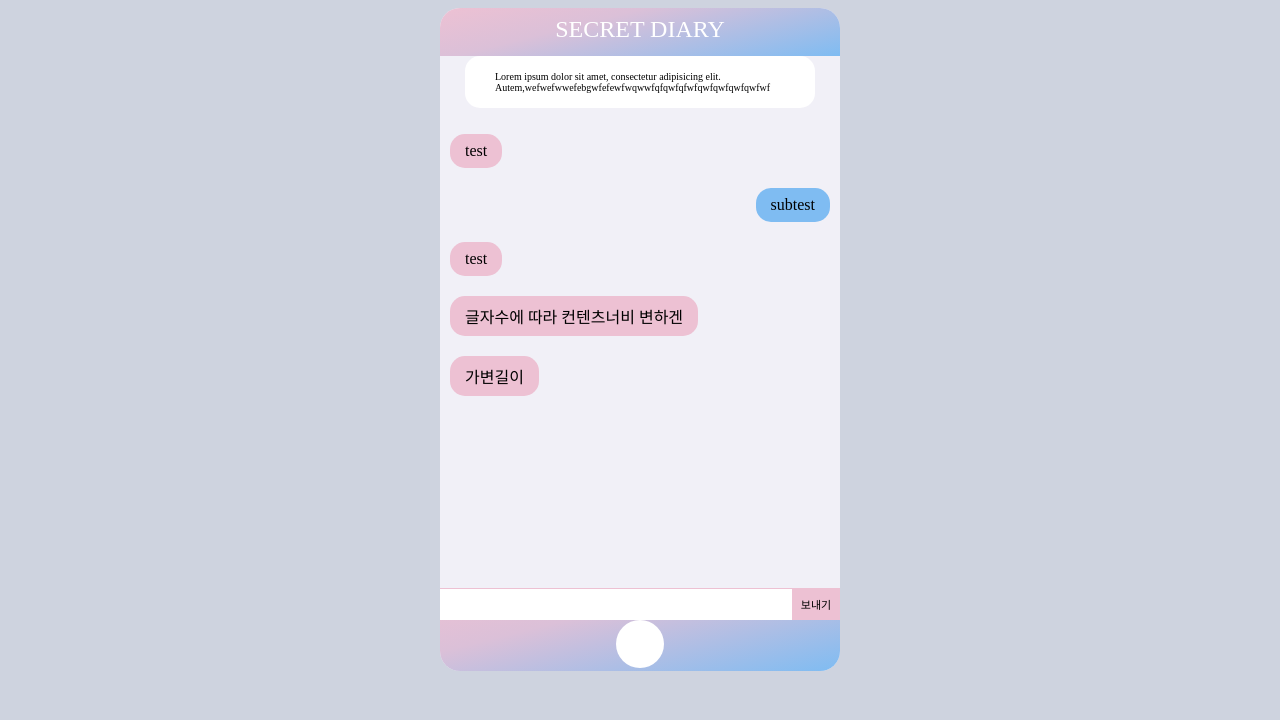
Repository: jinhee196/diary
Page: index.html
The author's editor kept a copy of each file at every save. The page is drawn from the files as they stood at one save, then again after the next save.
The browser window is 1280 px wide. The pictures show the whole page.

Above is the page before, as saved 2021-06-04 12:51:58.

### index.html
<!DOCTYPE html>
<html lang="ko">
<head>
    <meta charset="UTF-8">
    <meta http-equiv="X-UA-Compatible" content="IE=edge">
    <meta name="viewport" content="width=device-width, initial-scale=1.0">
    <title>secret Note</title>
    <link rel="stylesheet" href="style.css">
</head>
<body>
  <div class="container">
      <header class="header">SECRET DIARY</header>
      <section id="morning">
        <p class="desc">Lorem ipsum dolor sit amet, consectetur adipisicing elit. Autem,wefwefwwefebgwfefewfwqwwfqfqwfqfwfqwfqwfqwfqwfwf </p>
        <ul class="items">
          <li class="item">test</li>
          <li class="item-sub">subtest</li>
          <li class="item">test</li>
          <li class="item">글자수에 따라 컨텐츠너비 변하겐</li>
          <li class="item">가변길이</li>
        </ul>

    </section>
    <footer class="footer">
      <input type="text" class="footer__input" />
      <button class="footer__submit">보내기</button>
      <button class="footer__button">
         <i class="fas fa-plus"></i>
       </button>
     </footer>
  </div>
</body>
</html>

### style.css
* {
  box-sizing: border-box;
}
ul {
  padding: 0;
}

button {
  outline: none;
  background: transparent;
  border: none;
  cursor: pointer;
}
body {
  background-color: #ced3df;
  text-align: center;
}

.container {
  width: 400px;
  margin: auto;
  background-color: #f1f0f7;
  border-radius: 20px;
}

.header {
  height: 48px;
  padding: 8px;
  font-size: 24px;
  background: rgba(237, 193, 211);

  background: linear-gradient(
    166deg,
    rgba(237, 193, 211, 1) 0%,
    rgba(219, 192, 216, 1) 35%,
    rgba(127, 188, 242, 1) 100%
  );
  border-radius: 20px 20px 0 0;
  color: #fff;
}

#morning {
  height: 532px;
}

.desc {
  width: 350px;
  font-size: 10px;
  text-align: left;
  padding: 15px 30px;
  margin: 0 auto;
  background-color: #fff;
  border-radius: 15px;
}
.items {
  height: 500px;
  overflow-y: auto;
}

.item {
  padding: 8px 15px;
  margin: 10px;
  border-radius: 15px;
  background: rgba(237, 193, 211);
  display: inline-block;
  float: left;
  clear: both;
}
.item-sub {
  padding: 8px 15px;
  margin: 10px;
  border-radius: 15px;
  background: rgba(127, 188, 242, 1);
  display: inline-block;
  float: right;
  clear: both;
}

.footer {
  background: rgba(237, 193, 211);

  background: linear-gradient(
    166deg,
    rgba(237, 193, 211, 1) 0%,
    rgba(219, 192, 216, 1) 35%,
    rgba(127, 188, 242, 1) 100%
  );
  border-radius: 0 0 20px 20px;
}

.footer__input {
  width: 88%;
  height: 32px;
  border: none;
  outline: none;
  font-size: 14px;
  font-weight: 400;
  padding: 0 16px;
  float: left;
  border-top: 1px solid rgba(237, 193, 211);
}

.footer__submit {
  width: 12%;
  height: 32px;
  float: right;
  background-color: rgba(237, 193, 211);
  font-size: 11px;
  padding: 0;
}
.footer__button {
  width: 48px;
  height: 48px;
  background-color: #fff;
  border-radius: 50%;
  color: #fff;
  font-size: 28px;
  transition: transform 300ms ease-in;
}

.footer__button:hover {
  transform: scale(1.1);
}

After the next save:
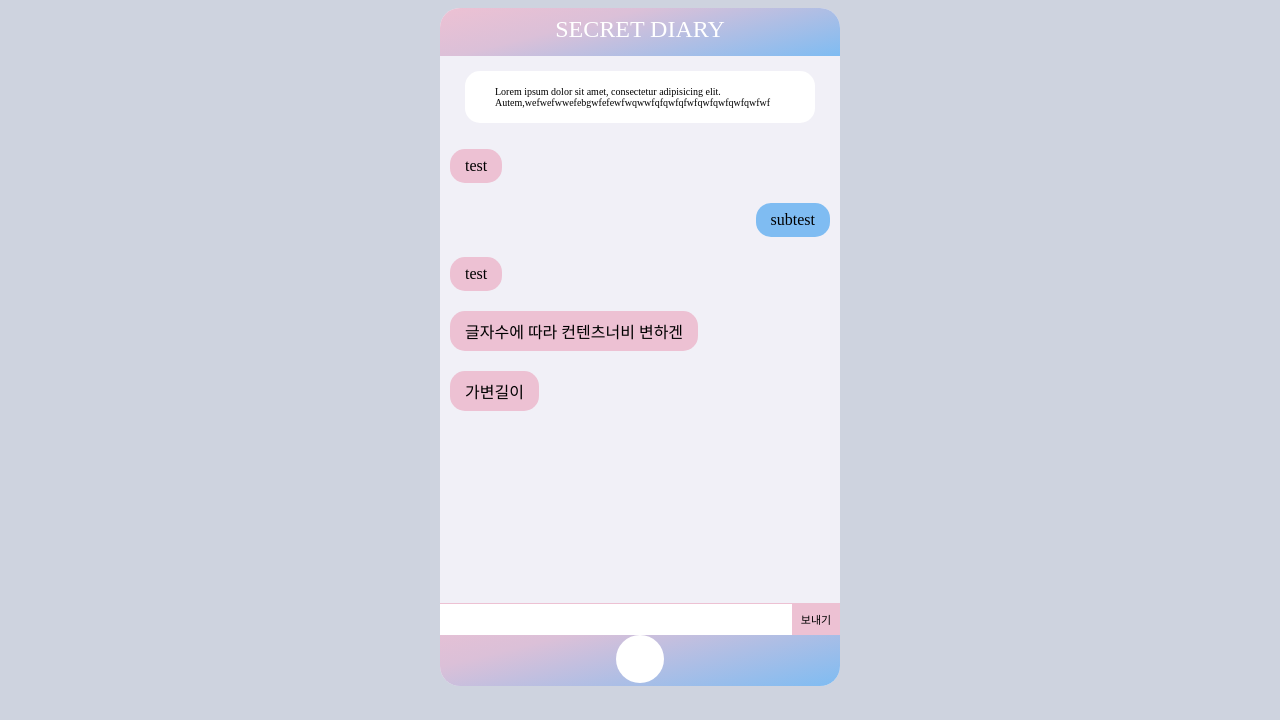
Saved 12 s later.
--- a/style.css
+++ b/style.css
@@ -48,7 +48,7 @@ body {
   font-size: 10px;
   text-align: left;
   padding: 15px 30px;
-  margin: 0 auto;
+  margin: 15px auto;
   background-color: #fff;
   border-radius: 15px;
 }
